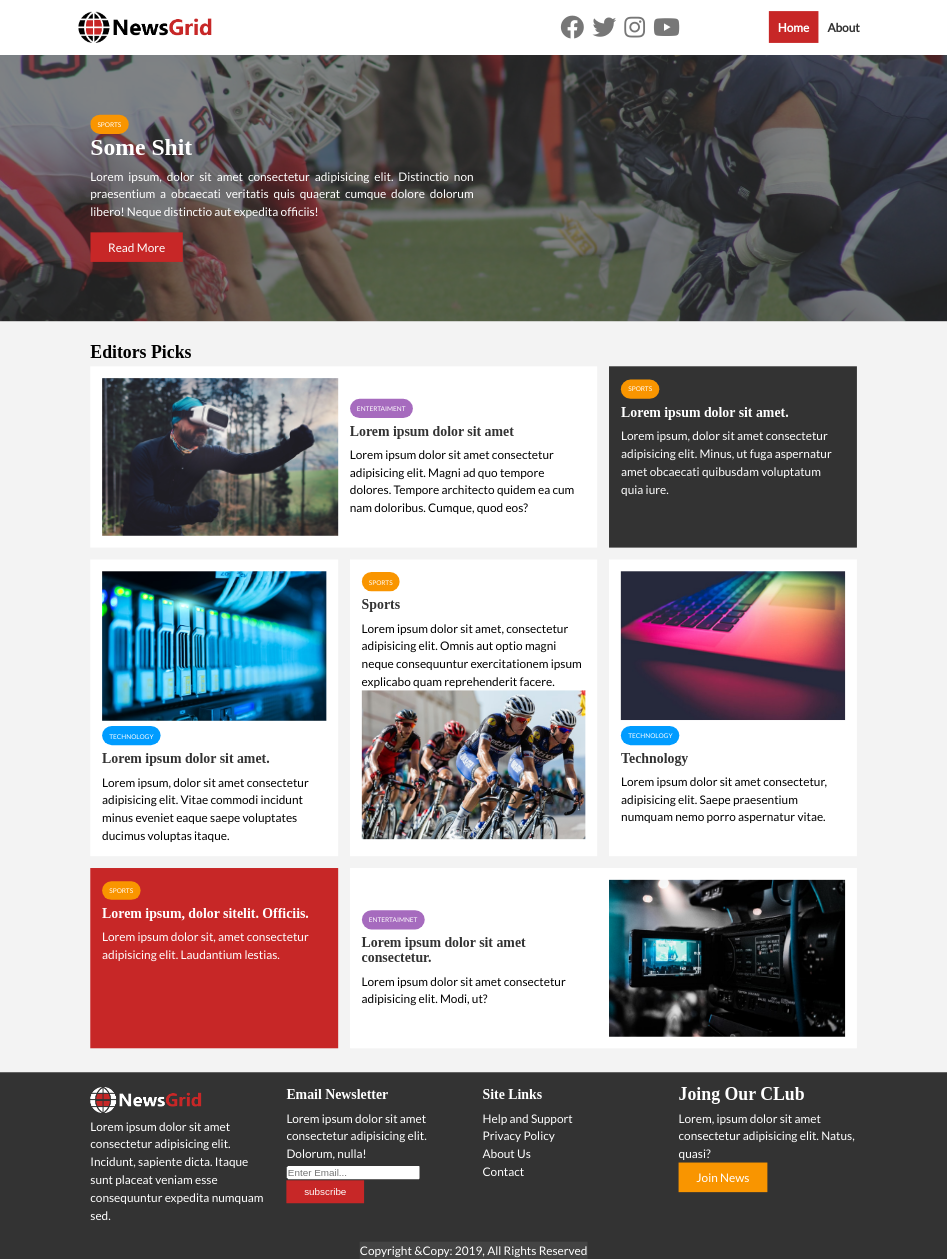
Repository: EswinGiova/NewsGrid
Page: index.html
These files come from the project's save history. The page is drawn as it stood at one moment and after the next save; the edit follows.
The browser window is 1280 px wide. The pictures show the whole page, at 74% of full size.
Some web libraries are served in a nearby version.

Above is the page before, as saved 2020-09-20 15:52:32.

### index.html
<!DOCTYPE html>
<html lang="en">
  <head>
    <meta charset="UTF-8" />
    <meta name="viewport" content="width=device-width, initial-scale=1.0" />
    <link rel="shortcut icon" type="image/x-icon" href="favicon.ico" />
    <link
      href="https://fonts.googleapis.com/css2?family=Lato&family=Staatliches&display=swap"
      rel="stylesheet"
    />
    <link rel="stylesheet" href="./css/style.css" />
    <link
      rel="stylesheet"
      media="screen and (max-width: 768px)"
      href="./css/mobile.css"
    />

    <link
      rel="stylesheet"
      href="https://cdnjs.cloudflare.com/ajax/libs/font-awesome/5.14.0/css/all.min.css"
      integrity="sha512-1PKOgIY59xJ8Co8+NE6FZ+LOAZKjy+KY8iq0G4B3CyeY6wYHN3yt9PW0XpSriVlkMXe40PTKnXrLnZ9+fkDaog=="
      crossorigin="anonymous"
    />

    <title>NewsGrid | Latest News</title>
  </head>
  <body>
    <nav id="main-nav">
      <div class="container">
        <img src="./image_resources/logo.png" alt="" class="logo" />
        <div class="social">
          <a href="#" target="_blank"><i class="fab fa-facebook fa-2x"></i></a>
          <a href="#" target="_blank"><i class="fab fa-twitter fa-2x"></i></a>
          <a href="#" target="_blank"><i class="fab fa-instagram fa-2x"></i></a>
          <a href="#" target="_blank"><i class="fab fa-youtube fa-2x"></i></a>
        </div>
        <ul>
          <li><a href="#" class="current">Home</a></li>
          <li><a href="#">About </a></li>
        </ul>
      </div>
    </nav>

    <header id="showcase">
      <div class="container">
        <div class="showcase-container">
          <div class="showcase-content">
            <div class="category category-sports">Sports</div>
            <h1>Some Shit</h1>
            <p>
              Lorem ipsum, dolor sit amet consectetur adipisicing elit.
              Distinctio non praesentium a obcaecati veritatis quis quaerat
              cumque dolore dolorum libero! Neque distinctio aut expedita
              officiis!
            </p>
            <a href="./article.html" class="btn btn-primary">Read More </a>
          </div>
        </div>
      </div>
    </header>
    <!-- Hombe articles -->

    <section id="home-articles" class="py-2">
      <div class="container">
        <h2>Editors Picks</h2>
        <div class="articles-container">
          <article class="card">
            <img src="./image_resources/articles/ent1.jpg" alt="" />
            <div>
              <div class="category category-ent">Entertaiment</div>
              <h3>
                <a href="./article.html">Lorem ipsum dolor sit amet</a>
              </h3>
              <p>
                Lorem ipsum dolor sit amet consectetur adipisicing elit. Magni
                ad quo tempore dolores. Tempore architecto quidem ea cum nam
                doloribus. Cumque, quod eos?
              </p>
            </div>
          </article>
          <article class="card bg-dark">
            <div class="category category-sports">Sports</div>
            <h3>
              <a href="./article.html">Lorem ipsum dolor sit amet.</a>
            </h3>
            <p>
              Lorem ipsum, dolor sit amet consectetur adipisicing elit. Minus,
              ut fuga aspernatur amet obcaecati quibusdam voluptatum quia iure.
            </p>
          </article>

          <article class="card">
            <img src="./image_resources/articles/tech1.jpg" alt="" />
            <div class="category category-tech">Technology</div>
            <h3><a href="./article.html">Lorem ipsum dolor sit amet.</a></h3>
            <p>
              Lorem ipsum, dolor sit amet consectetur adipisicing elit. Vitae
              commodi incidunt minus eveniet eaque saepe voluptates ducimus
              voluptas itaque.
            </p>
          </article>

          <article class="card">
            <div class="category category-sports">Sports</div>
            <h3>
              <a href="./article.html">Sports</a>
            </h3>
            <p>
              Lorem ipsum dolor sit amet, consectetur adipisicing elit. Omnis
              aut optio magni neque consequuntur exercitationem ipsum explicabo
              quam reprehenderit facere.
            </p>
            <img src="./image_resources/articles/sports1.jpg" alt="" />
          </article>

          <article class="card">
            <img src="./image_resources/articles/tech2.jpg" alt="" />
            <div class="category category-tech">Technology</div>
            <h3><a href="./article.html">Technology</a></h3>
            <p>
              Lorem ipsum dolor sit amet consectetur, adipisicing elit. Saepe
              praesentium numquam nemo porro aspernatur vitae.
            </p>
          </article>
          <article class="card bg-primary">
            <div class="category category-sports">Sports</div>
            <h3>
              <a href="./article.html">Lorem ipsum, dolor sitelit. Officiis.</a>
            </h3>
            <p>
              Lorem ipsum dolor sit, amet consectetur adipisicing elit.
              Laudantium lestias.
            </p>
          </article>

          <article class="card">
            <div>
              <div class="category category-ent">Entertaimnet</div>
              <h3>
                <a href="./article.html"
                  >Lorem ipsum dolor sit amet consectetur.</a
                >
              </h3>
              <p>
                Lorem ipsum dolor sit amet consectetur adipisicing elit. Modi,
                ut?
              </p>
            </div>
            <img src="./image_resources/articles/ent2.jpg" alt="" />
          </article>
        </div>
      </div>
    </section>
    <footer id="main-footer">
      <div class="container footer-container">
        <div>
          <img src="./image_resources/logo_light.png" alt="news" />
          <p>
            Lorem ipsum dolor sit amet consectetur adipisicing elit. Incidunt,
            sapiente dicta. Itaque sunt placeat veniam esse consequuntur
            expedita numquam sed.
          </p>
        </div>
        <div>
          <h3>Email Newsletter</h3>
          <p>
            Lorem ipsum dolor sit amet consectetur adipisicing elit. Dolorum,
            nulla!
          </p>
          <form>
            <input type="email" placeholder="Enter Email..." />
            <input type="submit" value="subscribe" class="btn btn-primary" />
          </form>
        </div>
        <div>
          <h3>Site Links</h3>
          <ul class="list">
            <li><a href="#">Help and Support</a></li>
            <li><a href="#">Privacy Policy</a></li>
            <li><a href="#">About Us</a></li>
            <li><a href="#">Contact</a></li>
          </ul>
        </div>
        <div>
          <h2>Joing Our CLub</h2>
          <p>
            Lorem, ipsum dolor sit amet consectetur adipisicing elit. Natus,
            quasi?
          </p>
          <a href="#" class="btn btn-secondary">Join News</a>
        </div>
        <div>
          <p>Copyright &Copy: 2019, All Rights Reserved</p>
        </div>
      </div>
    </footer>
  </body>
</html>

### css/style.css
:root {
  --primary-color: #c72727;
  --secondary-color: #f99500;
  --light-color: #f3f3f3;
  --dark-color: #333;
  --max-width: 1100px;
}

.category {
  --sports-color: #f99500;
  --ent-color: #a66bbe;
  --tech-color: #009cff;
}
* {
  margin: 0;
  padding: 0;
  box-sizing: border-box;
}
body {
  font-family: 'Lato', sans-serif;
  line-height: 1.5;
  background: var(--light-color);
}

a {
  color: var(--dark-color);
  text-decoration: none;
}

ul {
  list-style: none;
}

img {
  width: 100%;
}

h1,
h2,
h3,
h4,
h5,
h6 {
  font-family: 'Staaliches', cursive;
  margin-bottom: 0.55rem;
  line-height: 1.3rem;
}

/*  utility class */

.container {
  max-width: var(--max-width);
  margin: auto;
  padding: 0 2rem;
  overflow: hidden;
}

/* category */

.category {
  display: inline-block;
  color: #fff;
  font-size: 0.55rem;
  text-transform: uppercase;
  padding: 0.4rem 0.6rem;
  border-radius: 15px;
  margin-bottom: 0.5rem;
}

.category-sports {
  background: var(--sports-color);
}
.category-ent {
  background: var(--ent-color);
}
.category-tech {
  background: var(--tech-color);
}

/* btn */

.btn {
  display: inline-block;
  border: none;
  background: var(--dark-color);
  color: #fff;
  padding: 0.5rem 1.5rem;
}

.btn-light {
  background: var(--light-color);
}
.btn-primary {
  background: var(--primary-color);
}
.btn-secondary {
  background: var(--secondary-color);
}
.btn:hover {
  opacity: 0.8;
}

.btn-block {
  display: block;
  width: 100%;
  text-align: center;
}

/* cards */

.card {
  background: white;
  padding: 1rem;
}

.bg-dark {
  background: var(--dark-color);
  color: white;
}
.bg-primary {
  background: var(--primary-color);
  color: white;
}
.bg-secondary {
  background: var(--secondary-color);
  color: #fff;
}
.py-1 {
  padding: 1.5rem 0;
}
.py-2 {
  padding: 2rem 0;
}
.py-3 {
  padding: 3rem 0;
}
.p-1 {
  padding: 1.5rem;
}
.p-2 {
  padding: 2rem;
}
.p-3 {
  padding: 3rem;
}

.bg-dark h1,
.bg-dark h2,
.bg-dark h3,
.bg-dark a,
.bg-primary h1,
.bg-primary h2,
.bg-primary h3,
.bg-primary a,
.bg-secondary h1,
.bg-secondary h2,
.bg-secondary h3,
.bg-secondary a {
  color: #fff;
}

/* Navigation */
#main-nav {
  background: #fff;
  position: sticky;
  top: 0;
  z-index: 2;
}

#main-nav .container {
  display: grid;
  grid-template-columns: 6fr 3fr 2fr;
  padding: 1rem;
  align-items: center;
}

#main-nav .logo {
  width: 180px;
}

#main-nav ul {
  display: flex;
  justify-self: end;
}

#main-nav ul li a {
  padding: 0.77rem;
  font-weight: bold;
}

#main-nav ul li .current {
  background: var(--primary-color);
  color: white;
}

#main-nav ul li .current:hover {
  background: var(--light-color);
  color: var(--dark-color);
}
#main-nav .social {
  justify-self: center;
}

#main-nav .social i {
  color: #777;
  margin-left: 0.5rem;
}

/* showcase */
#showcase {
  background: #333;
  color: #fff;
  position: relative;
}

#showcase:before {
  content: '';
  background: url('../image_resources/featured.jpg') center center/cover;
  position: absolute;
  top: 0;
  left: 0;
  width: 100%;
  height: 100%;
  opacity: 0.4;
}
#showcase .showcase-container {
  height: 50vh;
  display: grid;
  grid-template-columns: repeat(2, 1fr);
  justify-content: center;
  align-content: center;
}
#showcase .showcase-container .showcase-content {
  z-index: 2;
  text-align: justify;
}
#showcase .showcase-container .showcase-content p {
  margin: 1rem 0;
}
/* Home Articles  */

#home-articles .articles-container {
  display: grid;
  grid-template-columns: repeat(3, 1fr);
  grid-gap: 1rem;
}

#home-articles .articles-container > *:first-child,
#home-articles .articles-container > *:last-child {
  display: grid;
  grid-template-columns: repeat(2, 1fr);
  grid-column: 1 / span 2;
  grid-gap: 1rem;
  align-items: center;
}
#home-articles .articles-container > *:last-child {
  grid-column: 2 / span 2;
}

/* footer */
#main-footer {
  background: var(--dark-color);
  color: #fff;
}

#main-footer img {
  width: 150px;
}

#main-footer a {
  color: #fff;
}

#main-footer .footer-container {
  display: grid;
  grid-template-columns: repeat(4, 1fr);
  grid-gap: 1.5rem;
  padding-top: 20px;
}

#main-footer .footer-container > *:last-child {
  grid-column: 1 / span 4;
  justify-self: center;
  background: #444;
}

Loaded but not shown: css/mobile.css (no copy from this time; the picture is the same without it)

After the next save:
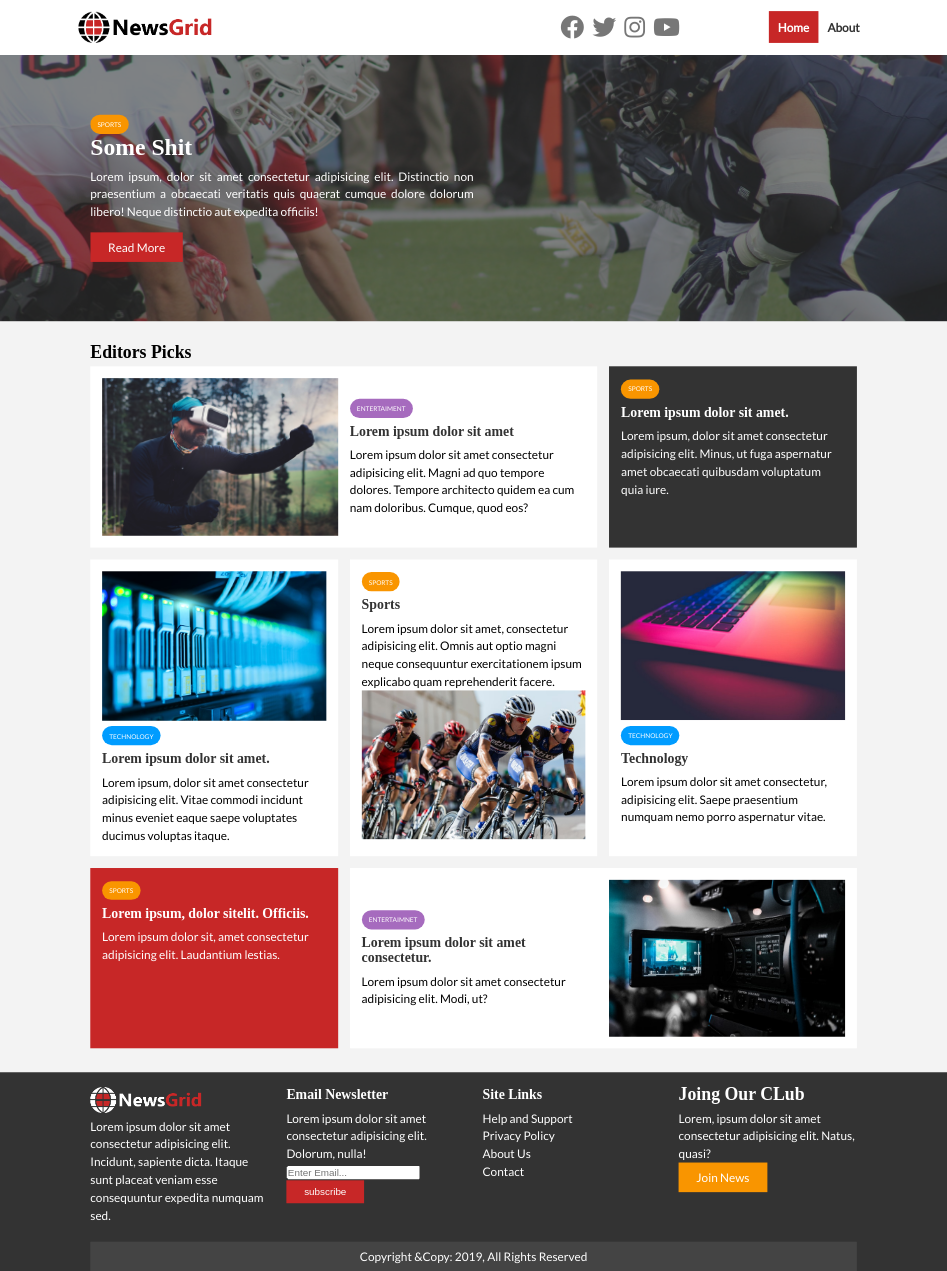
Saved 42 s later.
--- a/css/style.css
+++ b/css/style.css
@@ -280,6 +280,7 @@ h6 {
 
 #main-footer .footer-container > *:last-child {
   grid-column: 1 / span 4;
-  justify-self: center;
+  text-align: center;
   background: #444;
-}
+  padding: 0.5rem;
+}
